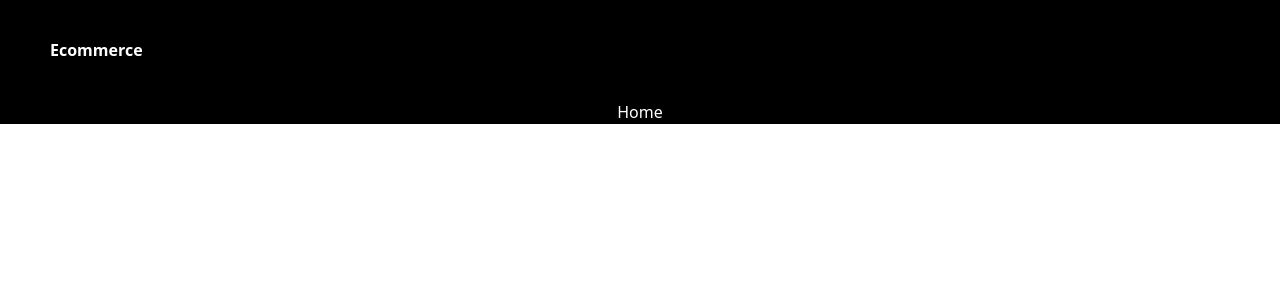
Repository: OmniaRafat232111121/ecommerceredux
Page: / (app in eco/)
An editor plug-in stored every save of this project. The page is shown before and after a run of saves, followed by the edit.
The browser window is 1280 px wide. The pictures show the whole page.
The project was rebuilt for these pictures with package versions that can differ from the ones it lists, and the page was loaded fresh each time.

Above is the page before, as saved 2022-11-01 18:25:47.

After the next 3 saves:
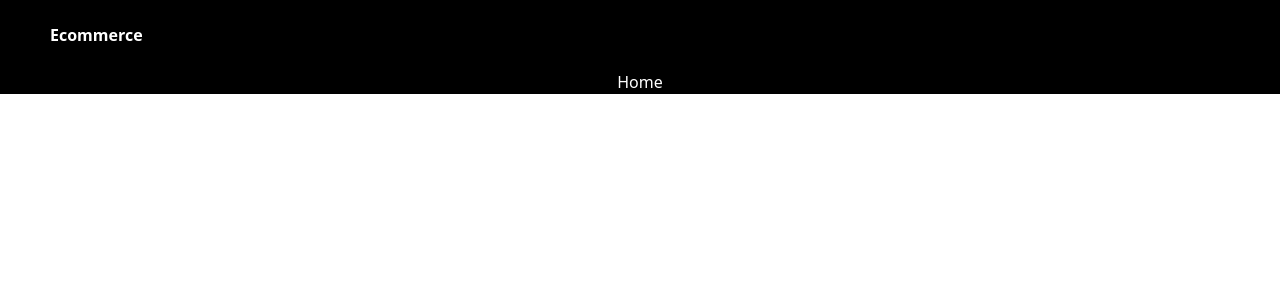
The 3 saves are shown as one change because they came seconds apart.
The last was saved 10 s later.
--- a/eco/src/components/Header.js
+++ b/eco/src/components/Header.js
@@ -3,7 +3,7 @@ import React from 'react'
 const Header = () => {
   return (
     <header className='bg-black text-white fixed left-0 right-0 z-10 w-full  mx-auto transition-all duration-150 '>
-    <div className='flex justify-between items-center h-[100px] pl-[50px] pr-[60px]'>
+    <div className='flex justify-between items-center h-[70px] pl-[50px] pr-[60px]'>
     <h1 className='font-bold'>Ecommerce</h1>
     </div>
     <div className='flex  justify-center items-center'>
